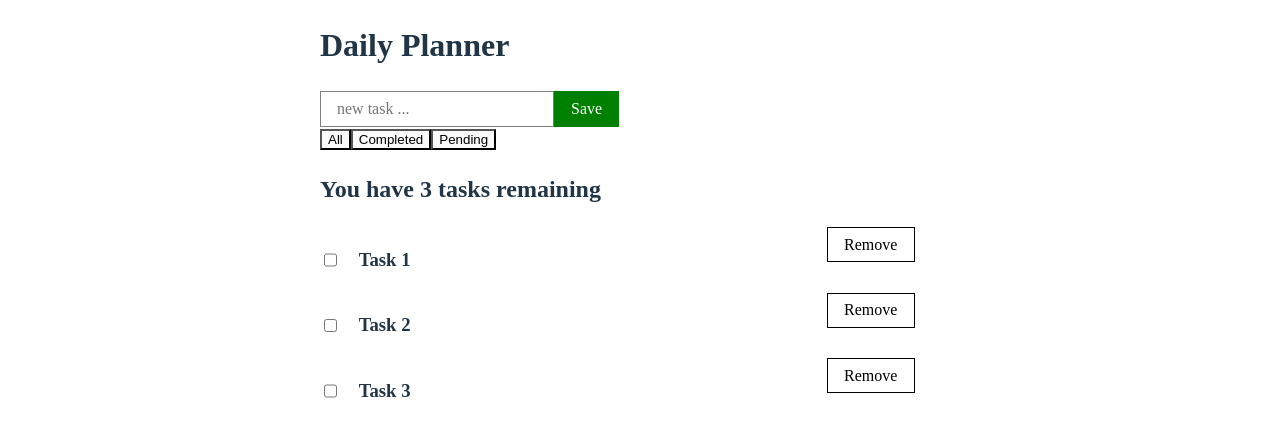
Repository: SamanthaYan298/my_planner
Page: /
An editor plug-in stored every save of this project. The page is shown before and after the next save, followed by the edit.
The browser window is 1280 px wide. The pictures show the whole page.
The project was rebuilt for these pictures with package versions that can differ from the ones it lists, and the page was loaded fresh each time. Also part of the build but not shown: vite.config.js.

Above is the page before, as saved 2024-10-25 00:40:56.

### src/App.jsx
import { useState } from 'react'
import './App.css'

const data = [
  {
    id: 1,
    title: 'Task 1',
    checked: false
  },
  {
    id: 2,
    title: 'Task 2',
    checked: false
  },
  {
    id: 3,
    title: 'Task 3',
    checked: false // set default display as none
  }
]

function App() {

  const [tasks, setTasks] = useState(""); // hold the current list of tasks and update the tasks.
  const [addTask, setAddTask] = useState(data);
  const currentTasks = addTask.filter(task => !task.checked).length;

  function handleChange(e) {
    setTasks(e.target.value);
  }

  function handleAddTask(e) {
    e.preventDefault();
    // helps ensure that users only add text-format tasks, not whitespace.
    if(tasks.trim()) {
      setAddTask([...addTask, {id: addTask.length + 1, title: tasks}]);
      setTasks(''); // clear the input after adding new tasks.
    }
  }

  function handleDelete(taskId) {
    setAddTask(addTask.filter(task => task.id !== taskId)); // filter tasks by their Ids.
  }

  function toggleChecked(id) {
    setAddTask(addTask.map(task =>
      task.id === id ? {...task, checked: !task.checked} : task
    ));
  }

  return (
    <>
      <div className='main'>
        <h1>Daily Planner</h1>

        {/* form */}
        <form onSubmit={handleAddTask}>
          <input
            type="text"
            className='form-input'
            placeholder='new task ...'
            value={tasks}
            onChange={handleChange}
          />
          <button className='form-btn'>Save</button>
        </form>

        <div className='buttons'>
          <button>All</button>
          <button>Completed</button>
          <button>Pending</button>
        </div>

        <h2>You have {currentTasks} tasks remaining</h2>

        {/* task list */}
        <div>
          {addTask.map(task => (
            <div className='task-list' key={task.id}>
              <input
                type="checkbox"
                checked={task.checked}
                onChange={() => toggleChecked(task.id)}
              />
              <h3 className={task.checked ? 'checked' : ''}>{task.title}</h3>
              <button className='task-btn' onClick={() => handleDelete(task.id)}>Remove</button>
          </div>
          ))}
        </div>

      </div>
    </>
  )
}

export default App

### src/index.css
:root {
  font-family: Inter, system-ui, Avenir, Helvetica, Arial, sans-serif;
  line-height: 1.5;
  font-weight: 400;

  color-scheme: light dark;
  color: rgba(255, 255, 255, 0.87);
  background-color: #242424;

  font-synthesis: none;
  text-rendering: optimizeLegibility;
  -webkit-font-smoothing: antialiased;
  -moz-osx-font-smoothing: grayscale;
}

a {
  font-weight: 500;
  color: #646cff;
  text-decoration: inherit;
}
a:hover {
  color: #535bf2;
}

body {
  margin: 0;
  display: flex;
  flex-direction: column;
  align-items: flex-start;
  justify-content: flex-start;
  min-width: 320px;
  min-height: 100vh;
  padding-top: 0;
  text-align: left;
  left: 0;
}


/* h1 {
  font-size: 3.2em;
  line-height: 1.1;
} */

/* button {
  border-radius: 8px;
  border: 1px solid transparent;
  padding: 0.6em 1.2em;
  font-size: 1em;
  font-weight: 500;
  font-family: inherit;
  background-color: #1a1a1a;
  cursor: pointer;
  transition: border-color 0.25s;
}
button:hover {
  border-color: #646cff;
}
button:focus,
button:focus-visible {
  outline: 4px auto -webkit-focus-ring-color;
} */

@media (prefers-color-scheme: light) {
  :root {
    color: #213547;
    background-color: #ffffff;
  }
  a:hover {
    color: #747bff;
  }
  button {
    background-color: #f9f9f9;
  }
}

### src/App.css
#root {
  max-width: 100%;
  margin-left: 20em;
  padding: 0;
  top: 0;
  font-family: "Playfair Display", serif;
}

.main {
  text-align: left;
}

.task-list {
  display: flex;
  flex-direction: row;
}

.form-btn {
  background-color: green;
  border: 1px solid green;
  color: white;
  padding: 0.5em 1em;
  font-family: "Playfair Display", serif;
  font-size: 1em;
}

.task-btn {
  border: 1px solid;
  background-color: white;
  width: 5.5em;
  height: 2.2em;
  font-family: "Playfair Display", serif;
  font-size: 1em;
  cursor: pointer;
}

.form-input {
  padding: 0.5em 1em;
  border: 1px solid;
  height: 1.15em;
  font-family: "Playfair Display", serif;
  color: grey;
  font-size: 1em;
}

div h3 {
  margin-left: 1em;
  min-width: 25em;
}

.checked {
  color: grey;
  text-decoration: line-through;
}

Loaded but not shown: index.html (common file); src/main.jsx (common file)

After the next save:
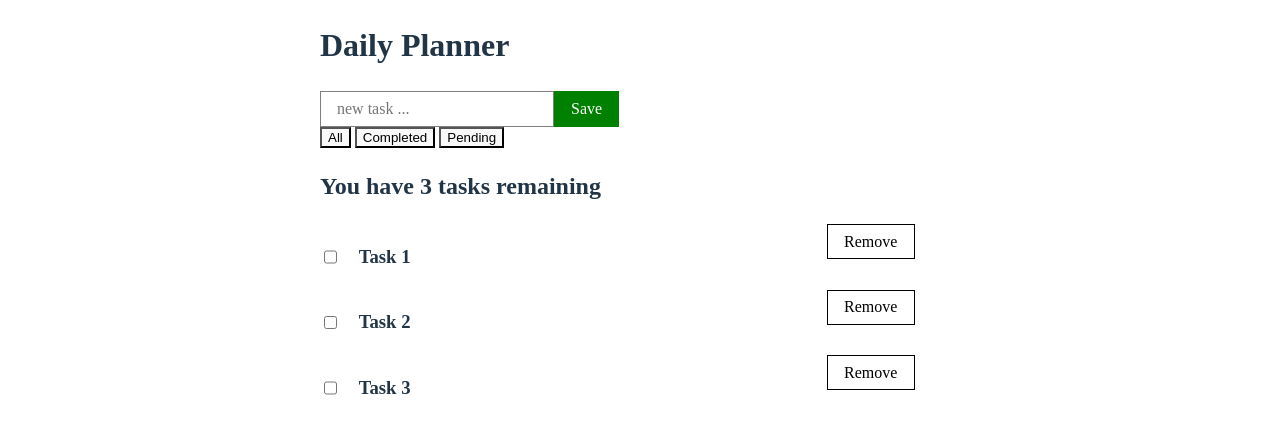
Saved 23 s later.
--- a/src/App.css
+++ b/src/App.css
@@ -52,3 +52,8 @@ div h3 {
   color: grey;
   text-decoration: line-through;
 }
+
+.buttons {
+  display: flex;
+  gap: 4px;
+}
